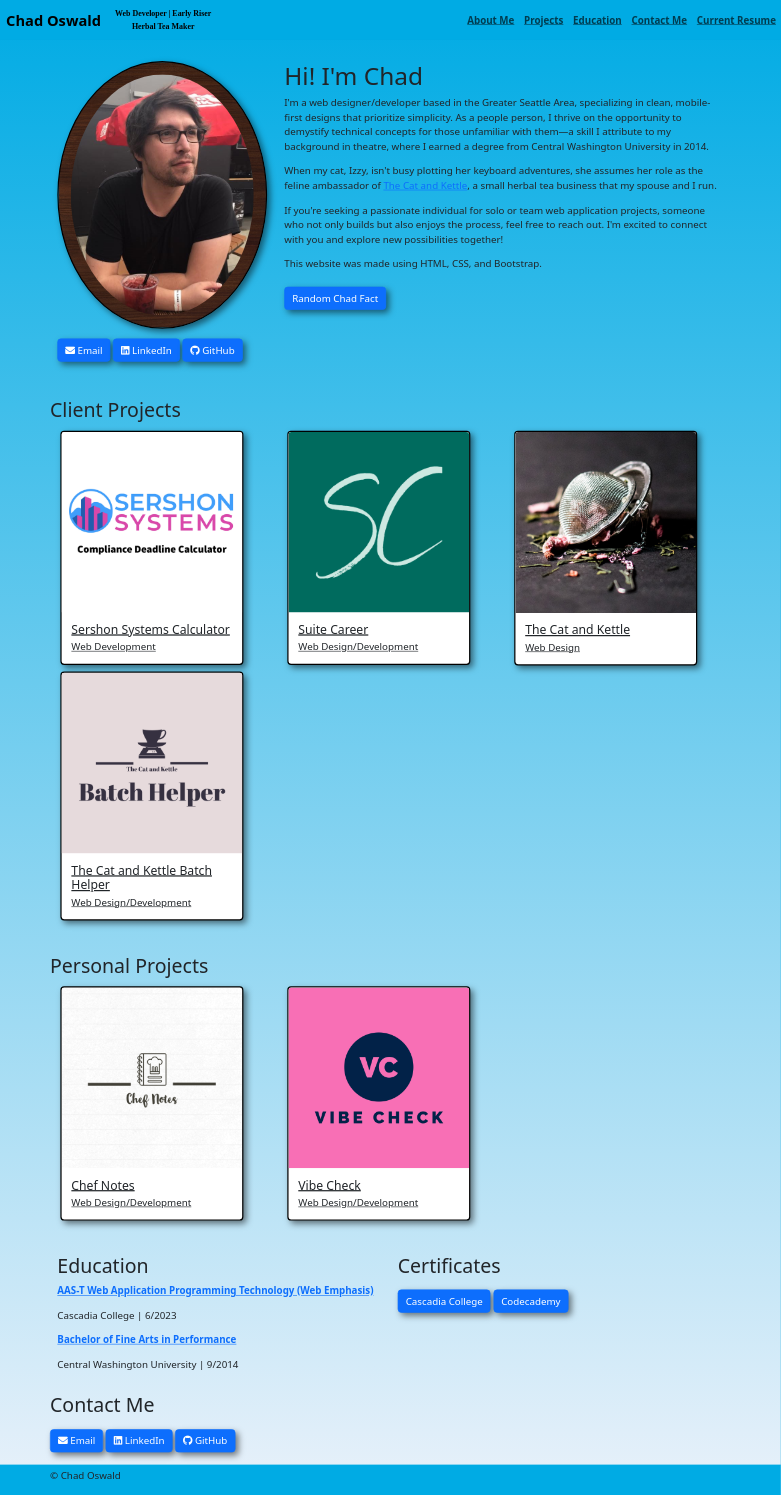
Repository: ChaidGPT/Portfolio
Page: index.html
The author's editor kept a copy of each file at every save. The page is drawn from the files as they stood at one save, then again after the next save.
The browser window is 1280 px wide. The pictures show the whole page, at 61% of full size.

Above is the page before, as saved 2023-07-30 14:25:36.

### index.html
<!DOCTYPE html>
<html lang="en">
<head>
    <meta charset="UTF-8">
    <meta name="viewport" content="width=device-width, initial-scale=1.0">
    <link rel="icon" href="images/favicon.png" type="image/x-icon">
    <title>Chad Oswald's Portfolio</title>
    <script src="js/bootstrap.min.js"></script>
    <script src="script.js"></script>
    <link rel="stylesheet" href="css/bootstrap.min.css">
    <link rel="stylesheet" href="styles.css">
    <link rel="stylesheet" href="https://cdnjs.cloudflare.com/ajax/libs/font-awesome/6.0.0-beta3/css/all.min.css">
</head>
<body data-spy="scroll" data-target="#mainNav">
    <div class="container">
        <header>
            <!-- Navbar -->
            <nav id="mainNav" class="navbar navbar-expand-lg navbar-custom fixed-top">
                <div class="navbar-brand d-flex align-items-center">
                  <span class="underline-text">Chad Oswald</span>
                  <div class="ms-2 d-flex flex-column align-items-center">
                    <span class="small-line d-block">Web Developer | Early Riser</span>
                    <span class="small-line d-block">Herbal Tea Maker</span>
                  </div>
                </div>
                <button class="navbar-toggler" type="button" data-bs-toggle="collapse" data-bs-target="#navbarNav" aria-controls="navbarNav" aria-expanded="false" aria-label="Toggle navigation">
                  <span class="navbar-toggler-icon"></span>
                </button>
                <div class="collapse navbar-collapse justify-content-end" id="navbarNav">
                  <ul class="navbar-nav">
                    <li class="nav-item">
                      <a class="nav-link" href="#section1">About Me</a>
                    </li>
                    <li class="nav-item">
                      <a class="nav-link" href="#section2">Projects</a>
                    </li>
                    <li class="nav-item">
                        <a class="nav-link" href="#section3">Education</a>
                      </li>
                    <li class="nav-item">
                      <a class="nav-link" href="#section4">Contact Me</a>
                    </li>
                    <li class="nav-item">
                      <a class="nav-link" href="Resume.html" target="_blank">Current Resume</a>
                    </li>
                  </ul>
                </div>
              </nav>
          </header>
        <main>
            <!-- Introduction section -->
            <div id="section1" class="intro">
                <div class="container">
                    <div class="row">
                        <div class="col-md-4">
                          <div class="profile-picture">
                            <img src="images/profilePicture.jpg" alt="Chad Oswald's Headshot" class="img-fluid rounded-circle" style="max-width: 300px;">
                          </div>
                            <div class="btn-container">
                                <a class="btn btn-primary" href="mailto:chadloswald@gmail.com" role="button">
                                    <i class="fas fa-envelope"></i> Email
                                </a>
                                <a class="btn btn-primary" href="https://www.linkedin.com/in/chad-oswald-994a8b1b3/" target="_blank" role="button">
                                    <i class="fab fa-linkedin"></i> LinkedIn
                                </a>
                                <a class="btn btn-primary" href="https://github.com/ChaidGPT" target="_blank" role="button">
                                    <i class="fab fa-github"></i> GitHub
                                </a>
                            </div>
                        </div>
                        <div class="col-md-8">
              <div class="title">
                <h1>Hi! I'm Chad</h1>
              </div>
                <p>I'm a web designer/developer based in the Greater Seattle Area, specializing in clean, mobile-first designs that prioritize simplicity. As a people person, I thrive on the opportunity to demystify technical concepts for those unfamiliar with them—a skill I attribute to my background in theatre, where I earned a degree from Central Washington University in 2014.</p>
                <p>When my cat, Izzy, isn't busy plotting her keyboard adventures, she assumes her role as the feline ambassador of <a href="https://www.thecatandkettle.com/" target="_blank">The Cat and Kettle</a>, a small herbal tea business that my spouse and I run.</p>
                <p>If you're seeking a passionate individual for solo or team web application projects, someone who not only builds but also enjoys the process, feel free to reach out. I'm excited to connect with you and explore new possibilities together!</p>
                <p>This website was made using HTML, CSS, and Bootstrap.</p>
                <button id="factButton" class="btn btn-primary">Random Chad Fact</button>
                <div class="chad-facts">
                  <p id="facts" class="Random-fact"></p>
                </div>
            </div>
            </div>
            </div>
            </div>
            <!-- Client Projects section -->
            <div id="section2">
              <div class="title">
                <h2>Client Projects</h2>
              </div>
                <div class="container">
                    <div class="row">
                      <!-- ---------- -->
                      <div class="col-12 col-md-6 col-lg-4">
                        <a href="https://chaidgpt.github.io/SershonSystemsQuiz/" target="_blank" class="card">
                          <img src="images/SershonSystemsQuiz.png" class="card-img-top" alt="Suite Career Logo">
                          <div class="card-body">
                            <h5 class="card-title">Sershon Systems Calculator</h5>
                            <p class="card-subtitle">Web Development</p>
                            <p class="card-description">The Compliance Deadline Calculator for Sershon Systems - a user-friendly front-end project designed to help potential clients navigate the WA Clean Buildings Performance Standard and Seattle's Building Emissions Performance Standard. This calculator seamlessly integrates into the company's SquareSpace website and can be easily updated to accommodate evolving questionnaires. Built for a SquareSpace code block with HTML, CSS, JavaScript, and BootStrap.</p>
                          </div>
                        </a>
                      </div>
                      <!-- ---------- -->
                      <div class="col-12 col-md-6 col-lg-4">
                        <a href="SuiteCareerCodeExamples.svg" target="_blank" class="card">
                          <img src="images/SuiteCareerLogo.png" class="card-img-top" alt="Suite Career Logo">
                          <div class="card-body">
                            <h5 class="card-title">Suite Career</h5>
                            <p class="card-subtitle">Web Design/Development</p>
                            <p class="card-description">I developed and administered the admin app for Suite Career, a mobile app. My contributions included creating a user-friendly design for the Web App/Admin website, building responsive web pages, creating complex ViewModels for live analytics, and collaborating with version control using GitHub, and maintained up to date GitHub wiki. Technologies used were ASP.NET Core, CSS, HTML, BootStrap, Entity Framework, and Figma.</p>
                          </div>
                        </a>
                      </div>
                      <!-- ---------- -->
                      <div class="col-12 col-md-6 col-lg-4">
                        <a href="https://www.thecatandkettle.com/" target="_blank" class="card">
                          <img src="images/TheCatandKettle.jpg" class="card-img-top" alt="The Cat and Kettle Logo">
                          <div class="card-body">
                            <h5 class="card-title">The Cat and Kettle</h5>
                            <p class="card-subtitle">Web Design</p>
                            <p class="card-description">I created a visually appealing and user-friendly website for The Cat and Kettle, an herbal tea company, using Weebly. This website showcases their range of teas, offers easy navigation, and integrates an intuitive e-commerce system. It is mobile-friendly, optimized for search engines, and reflects the company's commitment to quality and sustainability.</p>
                          </div>
                        </a>
                      </div>
                      <!-- ---------- -->
                      <div class="col-12 col-md-6 col-lg-4">
                        <a href="https://chaidgpt.github.io/CKBatchHelper/" target="_blank" class="card">
                          <img src="images/BatchHelperLogo.png" class="card-img-top" alt="The Cat and Kettle Batch Helper Logo">
                          <div class="card-body">
                            <h5 class="card-title">The Cat and Kettle Batch Helper</h5>
                            <p class="card-subtitle">Web Design/Development</p>
                            <p class="card-description">Introducing The Cat and Kettle Batch Helper, a user-friendly mobile web app designed to solve a common problem faced by The Cat and Kettle employees. It simplifies the calculation of precise ingredient amounts for 42 different herbal teas, eliminating errors and saving time. Just select a tea, enter the batch size, and get accurate measurements instantly. Built with HTML, CSS, Bootstrap, and JavaScript.</p>
                          </div>
                        </a>
                      </div>
                      <!-- ---------- -->
                    </div>
                  </div>
            </div>
            <!-- Personal Projects section -->
            <div>
              <div class="title">
                <h2>Personal Projects</h2>
              </div>
                <div class="container">
                    <div class="row">
                      <!-- ---------- -->
                      <div class="col-12 col-md-6 col-lg-4">
                        <a href="https://chaidgpt.github.io/ChefNotes/" target="_blank" class="card">
                          <img src="images/ChefNotesLogo.png" class="card-img-top" alt="Chef Notes Logo">
                          <div class="card-body">
                            <h5 class="card-title">Chef Notes</h5>
                            <p class="card-subtitle">Web Design/Development</p>
                            <p class="card-description">Chef Notes is a simple, user-friendly web app for saving recipes on the go. Simply fill in the Name, Ingredients, and Directions forms, then click Save Recipe. Your recipes are beautifully displayed below. Save as many recipes as you like, and when you're ready, print or email them with ease. Built with HTML, CSS, and JavaScript.</p>
                          </div>
                        </a>
                      </div>
                      <!-- ---------- -->
                      <div class="col-12 col-md-6 col-lg-4">
                        <a href="https://chaidgpt.github.io/Dis-Service/" target="_blank" class="card">
                          <img src="images/VibeCheckLogo.jpeg" class="card-img-top" alt="Vibe Check Logo">
                          <div class="card-body">
                            <h5 class="card-title">Vibe Check</h5>
                            <p class="card-subtitle">Web Design/Development</p>
                            <p class="card-description">The Vibe Check company really dislikes its customers. This "help" website takes information from the user and turns it around on them. Built with HTML, CSS, and JavaScript.</p>
                          </div>
                        </a>
                      </div>
                      <!-- ---------- -->
                    </div>
                  </div>
            </div>
            <!-- Education section -->
            <div id="section3" class="education">
                <div class="container">
                    <div class="row">
                        <div class="col-md-6">
                          <div class="title">
                            <h2>Education</h2>
                          </div>
                            <p><a href="https://www.cascadia.edu/programs/certificate/documents/2022/2022-2023%20AAS-T%20Web%20Applications-%20Web%20Emphasis%20Degree%205.30.22.pdf" target="_blank" style="font-weight: bold;">AAS-T Web Application Programming Technology (Web Emphasis)</a></p>
                            <p>Cascadia College | 6/2023</p>
                            <p><a href="https://www.cwu.edu/theatre/performance-bfa" target="_blank" style="font-weight: bold;">Bachelor of Fine Arts in Performance</a></p>
                            <p>Central Washington University | 9/2014</p>
                        </div>
                        <div class="col-md-6">
                          <div class="title">
                            <h2 class="text-md-start">Certificates</h2>
                          </div>

                          <a href="#collapseCascadia" class="btn btn-primary" data-bs-toggle="collapse" aria-expanded="false" aria-controls="collapseContent">Cascadia College</a>

                          <div id="collapseCascadia" class="collapse">
                            <p><a href="https://www.cascadia.edu/programs/certificate/documents/2022/2022-2023%20Cert%20WEB-%20Computer%20Programming%20Foundations%205.30.22.pdf" target="_blank" style="font-weight: bold;">Computer Programming Foundations</a></p>
                            <p>Cascadia College | 6/2023</p>
                            <p><a href="https://www.cascadia.edu/programs/certificate/documents/2022/2022-2023%20Certificate%20WEB-%20JavaScript%20Programming%205.30.22.pdf" target="_blank" style="font-weight: bold;">JavaScript Programming</a></p>
                            <p>Cascadia College | 3/2023</p>
                            <p><a href="https://www.cascadia.edu/programs/certificate/documents/2022/2022-2023%20Certificate%20WEB-%20Web%20Foundations%205.30.22.pdf" target="_blank" style="font-weight: bold;">Web Foundations</a></p>
                            <p>Cascadia College | 6/2023</p>
                          </div>

                          <a href="#collapseCodecademy" class="btn btn-primary" data-bs-toggle="collapse" aria-expanded="false" aria-controls="collapseContent">Codecademy</a>

                          <div id="collapseCodecademy" class="collapse">
                            <p><a href="https://www.codecademy.com/profiles/chip3971050668/certificates/af00e5032d0a68cc84879983f5d8333b" target="_blank" style="font-weight: bold;">Learn React Course</a></p>
                            <p>Codecademy | 7/2023</p>
                          </div>

                        </div>
                    </div>
                </div>
            </div>
            <!-- Contact section -->
            <div id="section4">
                <div class="btn-container">
              <div class="title">
                <h2>Contact Me</h2>
              </div>
                <a class="btn btn-primary" href="mailto:chadloswald@gmail.com" role="button">
                    <i class="fas fa-envelope"></i> Email
                </a>
                <a class="btn btn-primary" href="https://www.linkedin.com/in/chad-oswald-994a8b1b3/" target="_blank" role="button">
                    <i class="fab fa-linkedin"></i> LinkedIn
                </a>
                <a class="btn btn-primary" href="https://github.com/ChaidGPT" target="_blank" role="button">
                    <i class="fab fa-github"></i> GitHub
                </a>
            </div>
            </div>
        </main>
    </div>


</body>
<footer class="footer">
    <div class="container d-flex align-items-left justify-content-start">
      <p>&copy; Chad Oswald</p>
    </div>
  </footer>
</html>

### script.js
document.addEventListener("DOMContentLoaded", function () {

var sentences = [
    "Chad was born in North Dakota.",
    "Chad really enjoys the scent of tomato leaves.",
    "Chad feeds his cat at 7am, 12pm, 3pm, and 8pm.",
    "The first role that Chad every played on stage was Francis in 'Our Girls' by Conrad Seiler.",
    "Chad's favorite college acting role is Orpheus in 'Polaroid Stories' by Naomi Iizuka.",
    "Chad's favorite manga artist is Junji Ito.",
    "Chad's favorite SNES game is a tie between Chrono Trigger and Super Mario RPG.",
    "Chad's favorite N64 game is The Legend of Zelda: Majora's Mask.",
    "Chad has never traveled east of North Dakota.",
    "Chad got engaged in Honolulu.",
    "Chad's favorite western comic is Hellboy.",
    "Chad's childhood stuffed animal was the RCA dog, Nipper.",
    "Chad likes to get work started early in the day.",
    "Chad prefers cool weather. 60 degrees is t-shirt weather",
    "Chad was on the men's dance team in high school.",
    "Chad's favorite album is 'Abbey Road'.",
    "Chad's favorite book as a child was 'Mrs. Frisby and the Rats of NIMH'",
    "Chad's would rank his favorite types of candy as fruity, sour, then chocolate.",
    "Chad's two favorite movies are Tombstone and John Carpenter's The Thing.",
    "Chad has never broken a bone (knock on wood).",
    "While it wasn't the best that has ever been made, Chad has successfully made a Beef Wellington.",
  ];

  function getRandomSentence() {
    var randomIndex = Math.floor(Math.random() * sentences.length);
    return sentences[randomIndex];
  }

  document.getElementById("factButton").addEventListener("click", function() {
    var randomSentence = getRandomSentence();
    document.getElementById("facts").textContent = randomSentence;
  });

});

### styles.css
.navbar-custom {
    background-color: #00ABE4;
    font-weight: bold;
}

.navbar-brand {
    padding-left: 10px;
    font-weight: bold;
    /* font-family: Impact, Haettenschweiler, 'Arial Narrow Bold', sans-serif; */
    font-size: x-large;
    text-decoration: none;
}

.navbar-brand .small-line {
    font-size: small;
    padding-left: 15px;
    font-weight: bold;
    font-family: initial;
}

.nav-link {
    text-decoration: underline;
}

.nav-link:hover {
    text-decoration: none;
}

.profile-picture {
    position: relative;
    z-index: 1;
    display: inline-block;
    border: 2px solid black;
    padding: 20px;
    border-radius: 50%;
    background: url(images/wood.jpg) center center / cover;
    box-shadow: 5px 5px 10px rgba(0,0,0,0.5);
}

.profile-picture img {
    display: block;
    width: 100%;
    height: auto;
}

/* .title {
    text-shadow: 5px 5px 5px rgba(0,0,0,0.5);
} */

.btn-container {
    max-width: relative;
    z-index: 1;
    padding-bottom: 10px;
}

.img-fluid {
    max-width: 100%;
    height: auto;
}

.card {
    border: 2px solid #000;
    width: 300px;
    margin: 5px;
    /* min-width: 280px; */
    box-shadow: 5px 5px 10px rgba(0,0,0,0.5);
}

.card-body .card-subtitle {
    text-decoration: none !important;
    font-weight:lighter;
}

.card .card-description {
    position: absolute;
    top: 0;
    left: 0;
    width: 100%;
    height: 100%;
    opacity: 0;
    transition: opacity 0.3s;
    padding: 10px;
    background-color: rgba(0, 0, 0, 0.7);
    color: #fff;
}

.card:hover .card-description {
    opacity: 1;
}

body {
    /* background-color: #E9F1FA; */
    padding-top: 70px;
    /* background: linear-gradient(to bottom, #00ABE4, #E9F1FA); */
    background-color: #00abe4;
    background-image: linear-gradient(180deg, #00abe4 0%, #e9f1fa 100%);
}

#section1 {
    margin-bottom: 50px;
}

#section2 {
    margin-bottom: 50px;
}

#section3 {
    margin-bottom: 20px;
}

h2 {
    margin-bottom: 10px;
}

.footer {
    background-color: #00ABE4;
    padding-top: 5px;
    padding-bottom: 5px;
    margin-top: 10px;
}

.btn {
    margin-top: 10px;
    box-shadow: 5px 5px 10px rgba(0,0,0,0.5);
}

.chad-facts {
    padding: 10px;
    margin-top: 10px;
    border-radius: 15px;
    display: flex;
    flex-wrap: wrap;
    align-items: center;
    align-items: center;
    text-align: center;
  }

  .factButton .btn {
    margin-right: 5px;
    align-self: flex-start;

  }

  .Random-fact {
    flex-grow: 1;
    text-align: center;
  }

  @media (max-width: 767px) {
    .profile-picture {
        text-align: center;
    }
  }

  .intro {
    margin-top: 30px;
  }

  .education {
    margin-top: 50px;
  }

Loaded but not shown: js/bootstrap.min.js (library); css/bootstrap.min.css (library)

After the next save:
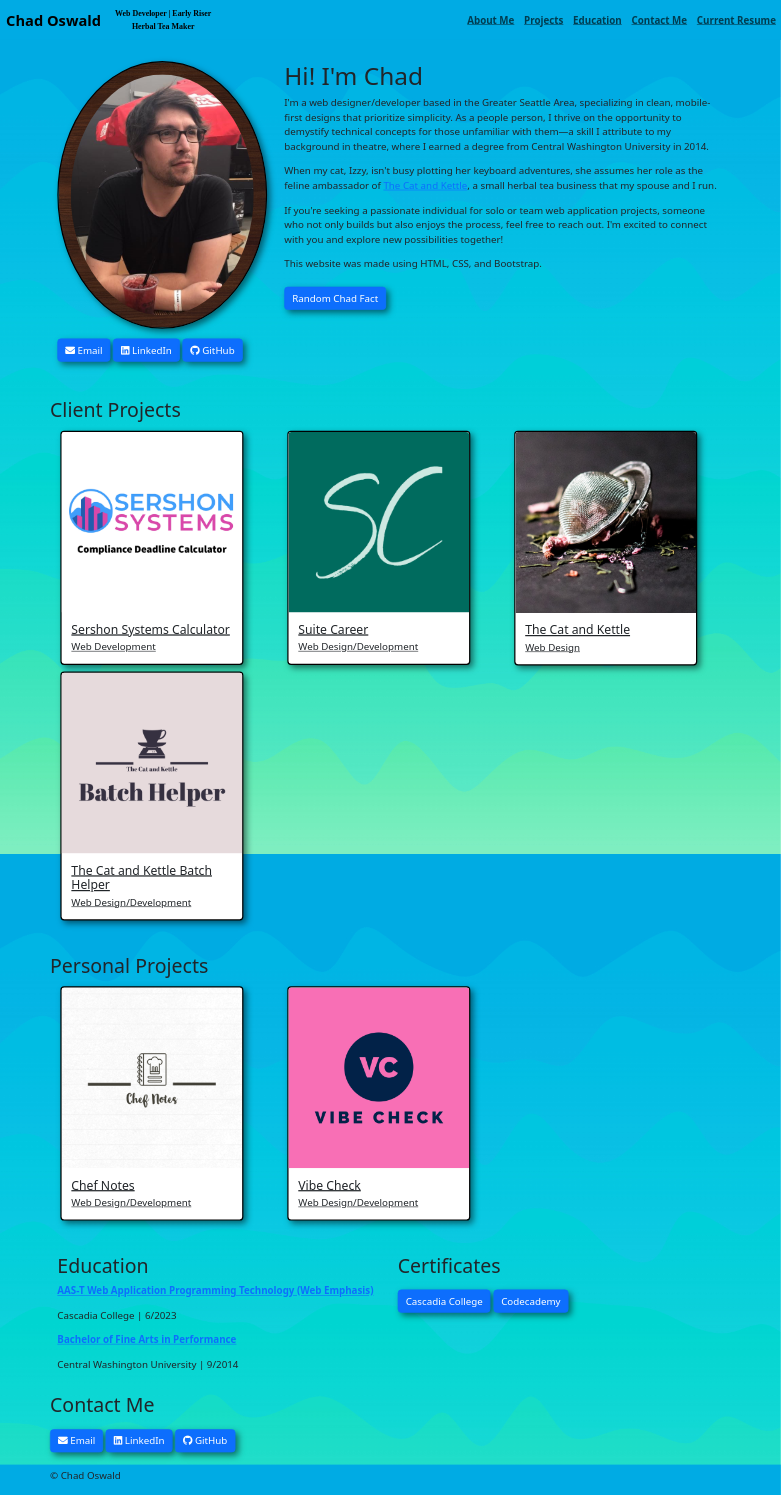
Saved 12 min 22 s later.
--- a/styles.css
+++ b/styles.css
@@ -91,9 +91,7 @@
 body {
     /* background-color: #E9F1FA; */
     padding-top: 70px;
-    /* background: linear-gradient(to bottom, #00ABE4, #E9F1FA); */
-    background-color: #00abe4;
-    background-image: linear-gradient(180deg, #00abe4 0%, #e9f1fa 100%);
+    background-image: url(images/background.jpeg);
 }
 
 #section1 {
